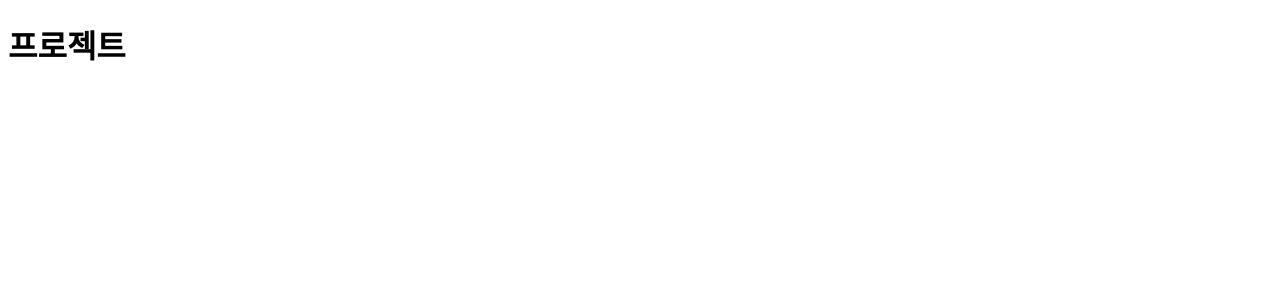
Repository: ParkHyeonju12/servlet
Page: http://localhost/05_mvc1Project/
These files come from the project's save history. The page is drawn as it stood at one moment and after the next save; the edit follows.
The browser window is 1280 px wide. The pictures show the whole page.
The page is served by Tomcat 9. Other server files are loaded and not shown.

Above is the page before, as saved 2022-08-30 07:38:06.

### web-workspace/05_mvc1Project/src/main/webapp/index.jsp
<%@ page language="java" contentType="text/html; charset=UTF-8"
    pageEncoding="UTF-8"%>
<!DOCTYPE html>
<html>
<head>
<meta charset="UTF-8">
<title>Insert title here</title>
</head>
<body>
	<h1>프로젝트</h1>
</body>
</html>

After the next save:
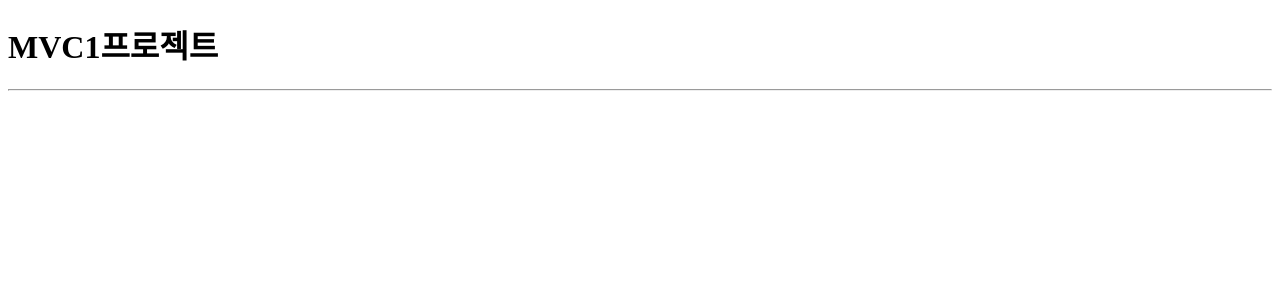
Saved 18 s later.
--- a/web-workspace/05_mvc1Project/src/main/webapp/index.jsp
+++ b/web-workspace/05_mvc1Project/src/main/webapp/index.jsp
@@ -7,6 +7,7 @@
 <title>Insert title here</title>
 </head>
 <body>
-	<h1>프로젝트</h1>
+	<h1>MVC1프로젝트</h1>
+	<hr>
 </body>
 </html>
